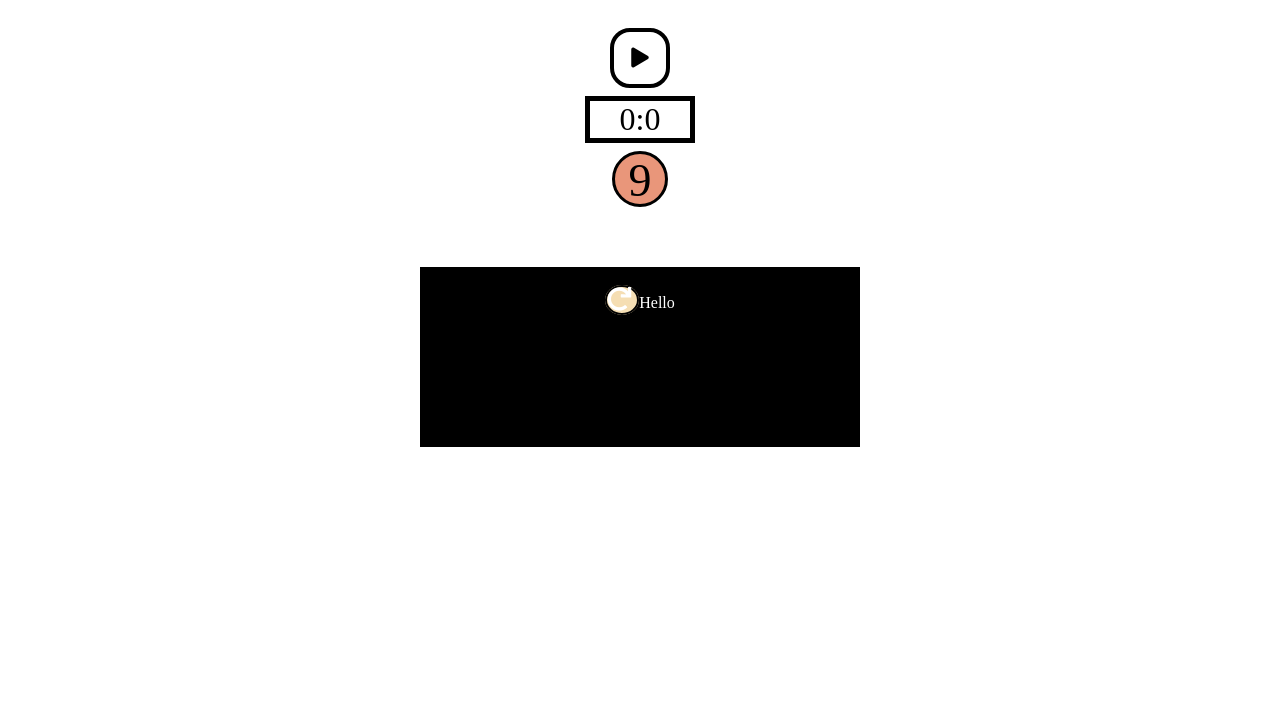
Repository: DevMinwoo-Jung/JavaScript101
Page: WebApIs/carrotClone/index.html
An editor plug-in stored every save of this project. The page is shown before and after the next save, followed by the edit.
The browser window is 1280 px wide. The pictures show the whole page.

Above is the page before, as saved 2021-06-22 14:49:33.

### WebApIs/carrotClone/index.html
<!DOCTYPE html>
<html lang="en">
<head>
  <meta charset="UTF-8">
  <meta http-equiv="X-UA-Compatible" content="IE=edge">
  <meta name="viewport" content="width=device-width, initial-scale=1.0">
  <link rel="stylesheet" href="style.css">
  <script src="main.js"></script>
  <link rel="stylesheet" href="https://use.fontawesome.com/releases/v5.15.3/css/all.css" integrity="sha384-SZXxX4whJ79/gErwcOYf+zWLeJdY/qpuqC4cAa9rOGUstPomtqpuNWT9wdPEn2fk" crossorigin="anonymous">
  <title>Fun game</title>
</head>
<body>
  <section class="game">
    <header class="game__header">
      <button class="game__button">
        <i class="fas fa-play"></i>
        <!-- <i class="fas fa-stop"></i> -->
      </button>
        <span class="game__timer">0:0</span>
        <span class="game__score">9</span>
    </header>
    <section class="game__field"></section>
  </section>
  <section class="pop-up">
    <buttno class="pop-up__refresh">
      <i class="fas fa-redo"></i>
    </buttno>
    <span class="pop-up__message">Hello</span>
  </section>
</body>
</html>

### WebApIs/carrotClone/style.css
b .game {
  display: flex;
  flex-direction: column;
  width: 800px;
  height: 500px;
  background: url(img/background.png) center/cover;
  margin: auto;
}

button {
  border: none;
  outline: none;
  cursor: pointer;
}
.game__header {
  display: flex;
  flex-direction: column;
  align-items: center;
  padding: 20px;
}

.game__button {
  width: 60px;
  height: 60px;
  background-color: white;
  border: 4px solid black;
  font-size: 20px;
  transition: transfrom 300ms ease-in;
  border-radius: 20px;
}

.game__button:hover {
  transform: scale(1.1);
}

.game__timer {
  width: 100px;
  background-color: white;
  text-align: center;
  border: 5px solid black;
  font-size: 32px;
  margin-top: 8px;
}

.game__score {
  width: 50px;
  height: 50px;
  font-size: 46px;
  border: 3px solid black;
  background-color: darksalmon;
  border-radius: 50%;
  text-align: center;
  margin-top: 8px;
}

.game__field {
  background-color: blue;
  width: 100%px;
  margin-top: 40px;
  opacity: 0.4;
}

.pop-up {
  width: 400px;
  height: 140px;
  padding: 20px;
  background-color: black;
  color: white;
  text-align: center;
  margin: auto;
}

.pop-up__refresh {
  width: 60px;
  height: 60px;
  font-size: 24px;
  background-color: wheat;
  border: 2px solid black;
  border-radius: 50%;
}

.pop-up__mesage {
  display: block;
  font-size: 38px;
}

Loaded but not shown: WebApIs/carrotClone/main.js (no stored copy; drawn as an empty file)

After the next save:
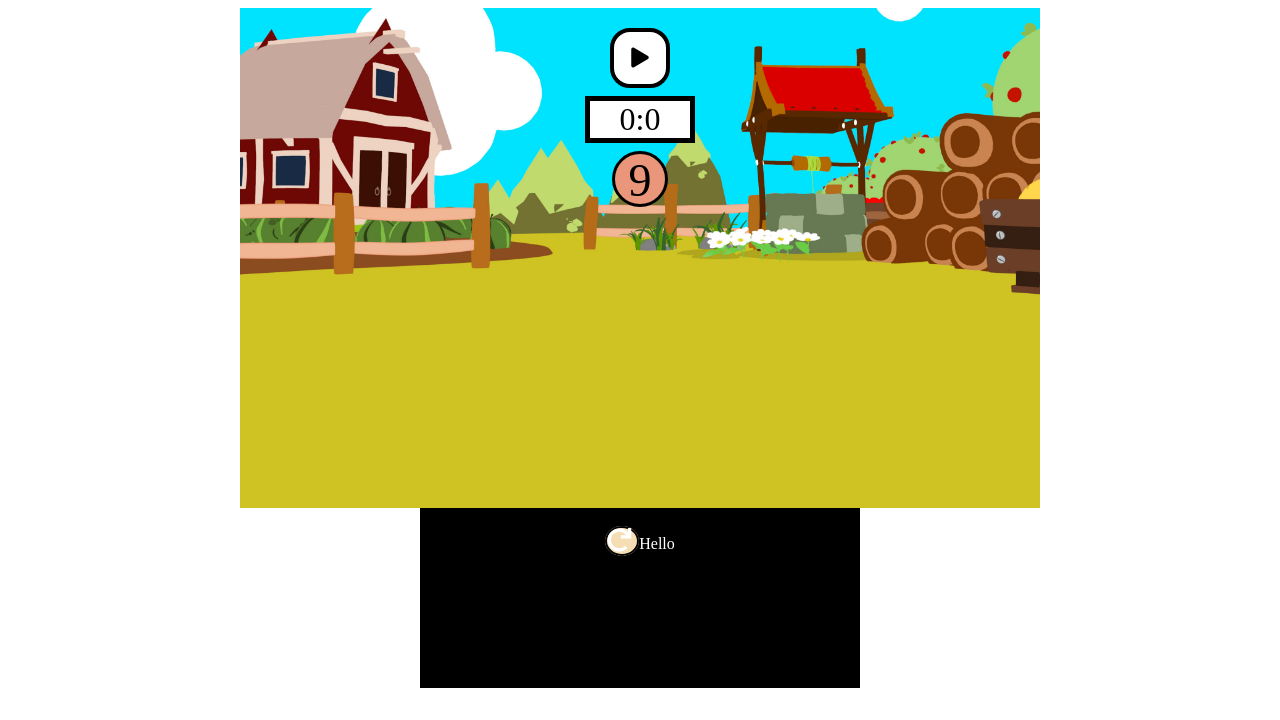
Saved 22 s later.
--- a/WebApIs/carrotClone/style.css
+++ b/WebApIs/carrotClone/style.css
@@ -1,4 +1,7 @@
-b .game {
+body {
+  text-align: center;
+}
+.game {
   display: flex;
   flex-direction: column;
   width: 800px;
